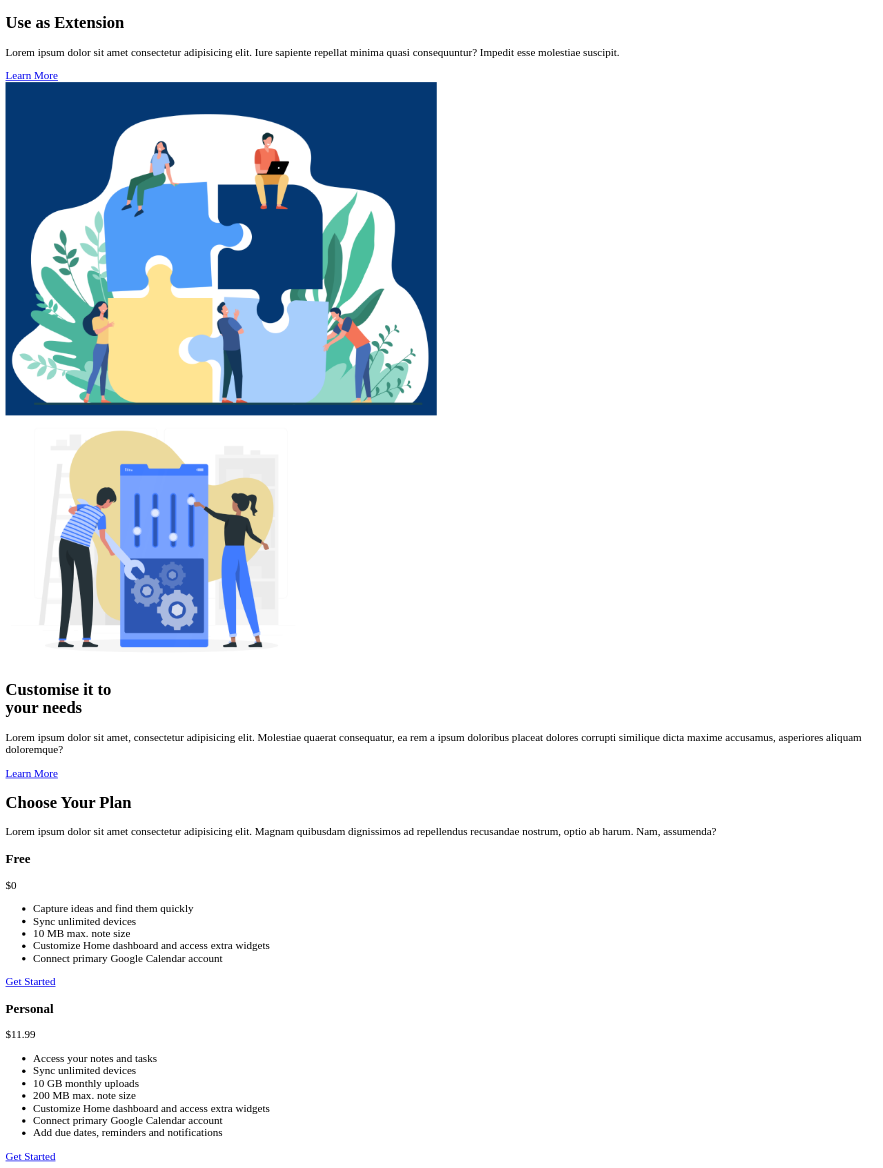
Repository: rinesagajtani0/whitespace_saas
Page: index.html
The author's editor kept a copy of each file at every save. The page is drawn from the files as they stood at one save, then again after the next save.
The browser window is 1280 px wide. The pictures show the whole page, at 69% of full size.

Above is the page before, as saved 2025-11-01 16:02:17.

### index.html
<!DOCTYPE html>
<html lang="en">
  <head>
    <meta charset="UTF-8" />
    <meta name="viewport" content="width=device-width, initial-scale=1.0" />
    <title>Document</title>
    <link rel="stylesheet" href="style.css" />
  </head>
  <body>
    <section class="hero hero-blue">
      <div class="hero__container">
        <div class="hero__content">
          <h2 class="hero__title">
            Use as <span class="highlight">Extension</span>
          </h2>
          <p class="hero__text">
            Lorem ipsum dolor sit amet consectetur adipisicing elit. Iure
            sapiente repellat minima quasi consequuntur? Impedit esse molestiae
            suscipit.
          </p>
          <a href="#" class="hero__btn btn btn--light">Learn More </a>
        </div>

        <div class="hero__image">
          <img src="img/foto1.png" alt="" />
        </div>
      </div>
    </section>

    <section class="costumsize">
      <div class="customise__container">
        <div class="customise__image">
          <img src="img/foto2.png" alt="" />
        </div>

        <div class="customise__content">
          <h2 class="customise__title">
            Customise it to <br />
            your needs
          </h2>
          <p class="customise__text">
            Lorem ipsum dolor sit amet, consectetur adipisicing elit. Molestiae
            quaerat consequatur, ea rem a ipsum doloribus placeat dolores
            corrupti similique dicta maxime accusamus, asperiores aliquam
            doloremque?
          </p>
          <a href="#" class="hero__btn btn btn--light">Learn More </a>
        </div>
      </div>
    </section>

    <section class="pricing">
      <div class="pricing__container">
        <h2 class="pricing__title">
          Choose <span class="highlight">Your Plan</span>
        </h2>
        <p class="pricing__text">
          Lorem ipsum dolor sit amet consectetur adipisicing elit. Magnam
          quibusdam dignissimos ad repellendus recusandae nostrum, optio ab
          harum. Nam, assumenda?
        </p>
      </div>

      <div class="pricing__cards">
        <div class="pricing__card">
          <h3 class="pricing__plan">Free</h3>
          <p class="pricing__price">$0</p>
           <ul class="pricing__features">
            <li>Capture ideas and find them quickly</li>
            <li>Sync unlimited devices</li>
            <li>10 MB max. note size</li>
            <li>Customize Home dashboard and access extra widgets</li>
            <li>Connect primary Google Calendar account</li>
          </ul>
          <a href="#" class="btn btn--outline">Get Started</a>
        </div>

        <div class="pricing__card pricing__card--featured">
          <h3 class="pricing__plan">Personal</h3>
          <p class="pricing__price">$11.99</p>
          <ul class="pricing__features">
            <li>Access your notes and tasks</li>
            <li>Sync unlimited devices</li>
            <li>10 GB monthly uploads</li>
            <li>200 MB max. note size</li>
            <li>Customize Home dashboard and access extra widgets</li>
            <li>Connect primary Google Calendar account</li>
            <li>Add due dates, reminders and notifications</li>
          </ul>
          <a href="#" class="btn btn--light btn--full">Get Started</a>
        </div>


        </div>
      </div>
    </section>
  </body>
</html>

Loaded but not shown: style.css (no stored copy; drawn as an empty file)

After the next save:
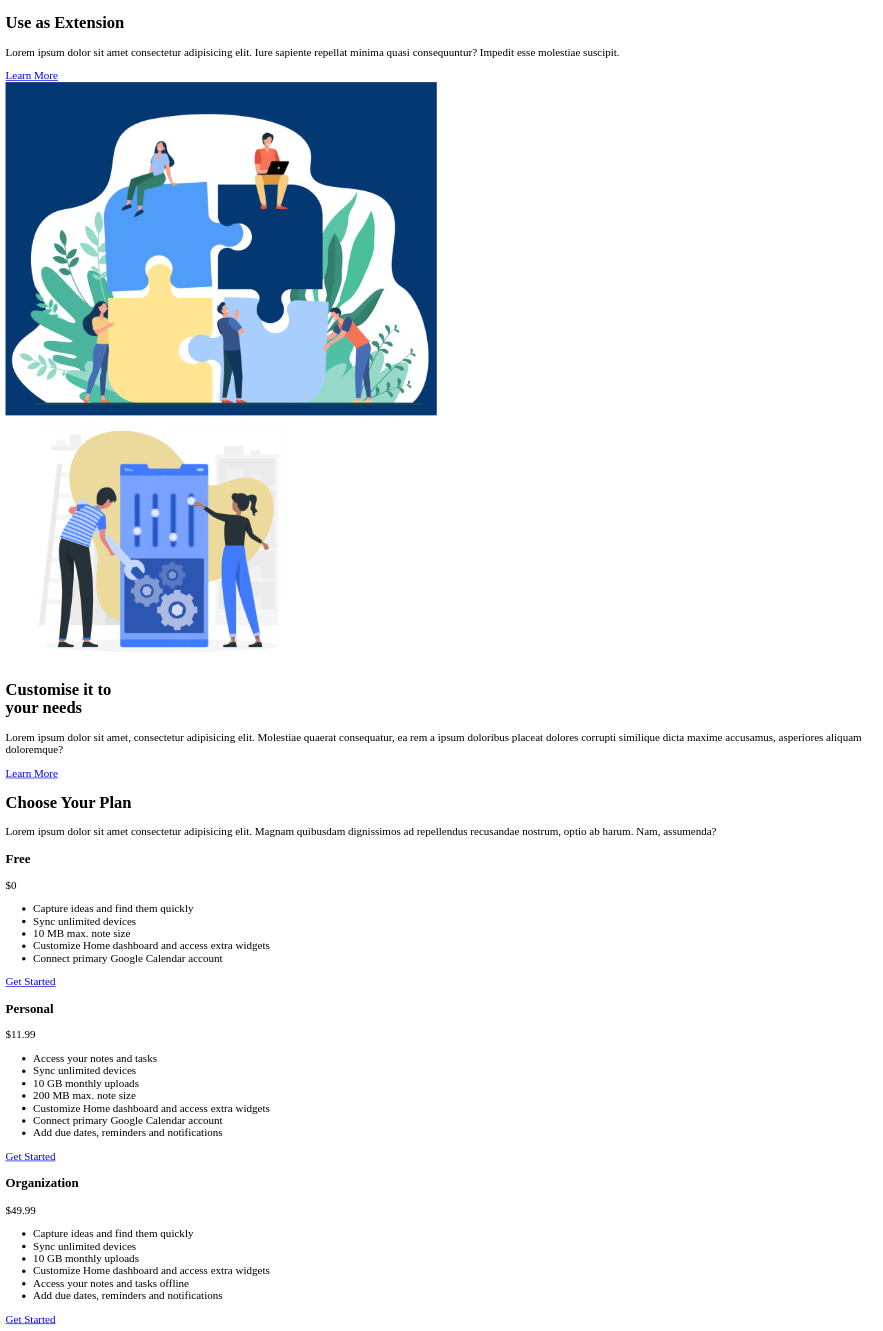
Saved 17 s later.
--- a/index.html
+++ b/index.html
@@ -90,7 +90,19 @@
           <a href="#" class="btn btn--light btn--full">Get Started</a>
         </div>
 
-
+         <div class="pricing__card">
+          <h3 class="pricing__plan">Organization</h3>
+          <p class="pricing__price">$49.99</p>
+          <ul class="pricing__features">
+            <li>Capture ideas and find them quickly</li>
+            <li>Sync unlimited devices</li>
+            <li>10 GB monthly uploads</li>
+            <li>Customize Home dashboard and access extra widgets</li>
+            <li>Access your notes and tasks offline</li>
+            <li>Add due dates, reminders and notifications</li>
+          </ul>
+          <a href="#" class="btn btn--outline">Get Started</a>
+        </div>
         </div>
       </div>
     </section>
